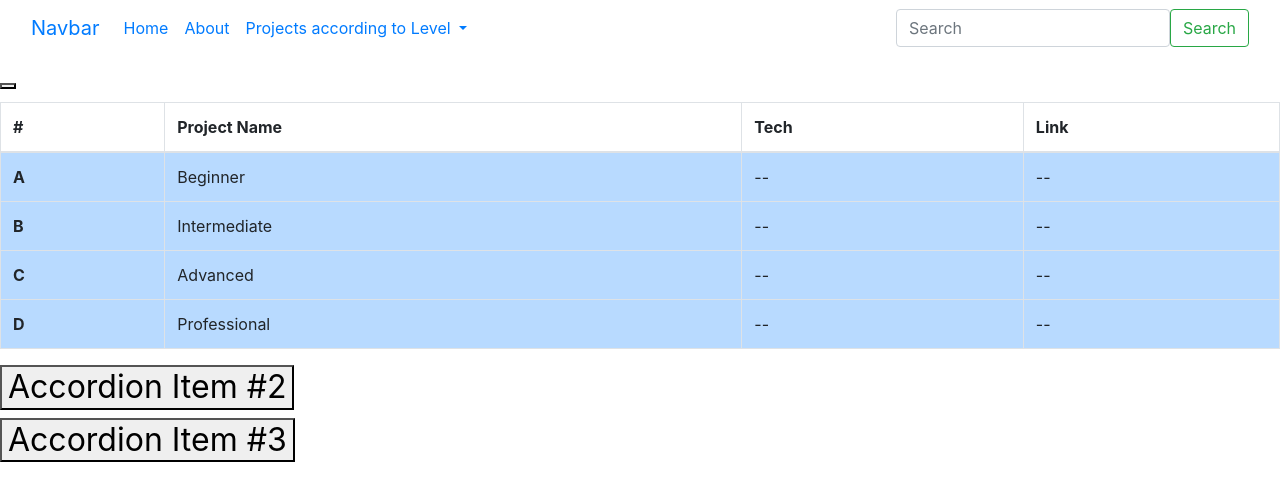
Repository: VictoriousMango/100-Python-Project
Page: index.html
An editor plug-in stored every save of this project. The page is shown before and after the next save, followed by the edit.
The browser window is 1280 px wide. The pictures show the whole page.
Some web libraries are served in a nearby version.

Above is the page before, as saved 2024-05-18 01:40:41.

### index.html
<!doctype html>
<html lang="en">
  <head>
    <!-- Required meta tags -->
    <meta charset="utf-8">
    <meta name="viewport" content="width=device-width, initial-scale=1, shrink-to-fit=no">

    <!-- Bootstrap CSS -->
    <link rel="stylesheet" href="https://cdn.jsdelivr.net/npm/bootstrap@4.0.0/dist/css/bootstrap.min.css" integrity="sha384-Gn5384xqQ1aoWXA+058RXPxPg6fy4IWvTNh0E263XmFcJlSAwiGgFAW/dAiS6JXm" crossorigin="anonymous">
    <!-- Bootstrap JS -->
    <script src="https://cdn.jsdelivr.net/npm/@popperjs/core@2.11.8/dist/umd/popper.min.js" integrity="sha384-I7E8VVD/ismYTF4hNIPjVp/Zjvgyol6VFvRkX/vR+Vc4jQkC+hVqc2pM8ODewa9r" crossorigin="anonymous"></script>
    <script src="https://cdn.jsdelivr.net/npm/bootstrap@5.3.3/dist/js/bootstrap.min.js" integrity="sha384-0pUGZvbkm6XF6gxjEnlmuGrJXVbNuzT9qBBavbLwCsOGabYfZo0T0to5eqruptLy" crossorigin="anonymous"></script>
    <title>100 Python Project</title>
  </head>
  <body>
    <nav class="navbar navbar-expand-lg bg-body-tertiary">
      <div class="container-fluid">
        <a class="navbar-brand" href="#">Navbar</a>
        <button class="navbar-toggler" type="button" data-bs-toggle="collapse" data-bs-target="#navbarSupportedContent" aria-controls="navbarSupportedContent" aria-expanded="false" aria-label="Toggle navigation">
          <span class="navbar-toggler-icon"></span>
        </button>
        <div class="collapse navbar-collapse" id="navbarSupportedContent">
          <ul class="navbar-nav me-auto mb-2 mb-lg-0">
            <li class="nav-item">
              <a class="nav-link active" aria-current="page" href="#">Home</a>
            </li>
            <li class="nav-item">
              <a class="nav-link" href="#">About</a>
            </li>
            <li class="nav-item dropdown">
              <a class="nav-link dropdown-toggle" href="#" role="button" data-bs-toggle="dropdown" aria-expanded="true ">
                Projects according to Level
              </a>
              <ul class="dropdown-menu">
                <li><a class="dropdown-item" href="#Beginner">Beginner</a></li>
                <li><a class="dropdown-item" href="#Intermediate">Intermediate</a></li>
                <li><a class="dropdown-item" href="#Advanced">Advanced</a></li>
                <li><a class="dropdown-item" href="#Professional">Professional</a></li>
              </ul>
            </li>
          </ul>
        </div>
          <form class="d-flex" role="search">
            <input class="form-control me-2" type="search" placeholder="Search" aria-label="Search">
            <button class="btn btn-outline-success" type="submit">Search</button>
          </form>
      </div>
    </nav>


    <!-- Tabular Entry Start -->
    <table class="table table-bordered table-striped">
      <thead>
        <tr>
          <th scope="col">#</th>
          <th scope="col">Project Name</th>
          <th scope="col">Tech</th>
          <th scope="col">Link</th>
        </tr>
      </thead>
      <tbody>
        <div class="accordion accordion-flush" id="accordionFlushExample">
          <div class="accordion-item">
            <h2 class="accordion-header">
              <button class="accordion-button collapsed" type="button" data-bs-toggle="collapse" data-bs-target="#flush-collapseOne" aria-expanded="false" aria-controls="flush-collapseOne">
                        <!-- Beginner Projects -->
                        <div class="Beginner" id="Beginner">
                          <tr class="table-primary">
                            <th scope="row">A</th>
                            <td>Beginner</td>
                            <td> -- </td>
                            <td> -- </td>
                          </tr>
                        </div>
              </button>
            </h2>
            <div id="flush-collapseOne" class="accordion-collapse collapse" data-bs-parent="#accordionFlushExample">
              <div class="accordion-body">Placeholder content for this accordion, which is intended to demonstrate the <code>.accordion-flush</code> class. This is the first item's accordion body.</div>
            </div>
          </div>

        <!-- Intermediate Project Links -->
        <div class="Intermediate" id="Intermediate">
          <tr class="table-primary">
            <th scope="row">B</th>
            <td>Intermediate</td>
            <td> -- </td>
            <td> -- </td>
          </tr>
        </div>

        <!-- Advanced Project Links -->
        <div class="Advanced" id="Advanced">
          <tr class="table-primary">
            <th scope="row">C</th>
            <td>Advanced</td>
            <td> -- </td>
            <td> -- </td>
          </tr>
        </div>

        <!-- Professional Links -->
        <div class="Professional" id="Professional">
          <tr class="table-primary">
            <th scope="row">D</th>
            <td>Professional</td>
            <td> -- </td>
            <td> -- </td>
          </tr>
        </div>

      </tbody>
    </table>
    <!-- Tabular Entry End -->


      <div class="accordion-item">
        <h2 class="accordion-header">
          <button class="accordion-button collapsed" type="button" data-bs-toggle="collapse" data-bs-target="#flush-collapseTwo" aria-expanded="false" aria-controls="flush-collapseTwo">
            Accordion Item #2
          </button>
        </h2>
        <div id="flush-collapseTwo" class="accordion-collapse collapse" data-bs-parent="#accordionFlushExample">
          <div class="accordion-body">Placeholder content for this accordion, which is intended to demonstrate the <code>.accordion-flush</code> class. This is the second item's accordion body. Let's imagine this being filled with some actual content.</div>
        </div>
      </div>
      <div class="accordion-item">
        <h2 class="accordion-header">
          <button class="accordion-button collapsed" type="button" data-bs-toggle="collapse" data-bs-target="#flush-collapseThree" aria-expanded="false" aria-controls="flush-collapseThree">
            Accordion Item #3
          </button>
        </h2>
        <div id="flush-collapseThree" class="accordion-collapse collapse" data-bs-parent="#accordionFlushExample">
          <div class="accordion-body">Placeholder content for this accordion, which is intended to demonstrate the <code>.accordion-flush</code> class. This is the third item's accordion body. Nothing more exciting happening here in terms of content, but just filling up the space to make it look, at least at first glance, a bit more representative of how this would look in a real-world application.</div>
        </div>
      </div>
    </div>
    <!-- Optional JavaScript -->
    <!-- jQuery first, then Popper.js, then Bootstrap JS -->
    <script src="https://code.jquery.com/jquery-3.2.1.slim.min.js" integrity="sha384-KJ3o2DKtIkvYIK3UENzmM7KCkRr/rE9/Qpg6aAZGJwFDMVNA/GpGFF93hXpG5KkN" crossorigin="anonymous"></script>
    <script src="https://cdn.jsdelivr.net/npm/popper.js@1.12.9/dist/umd/popper.min.js" integrity="sha384-ApNbgh9B+Y1QKtv3Rn7W3mgPxhU9K/ScQsAP7hUibX39j7fakFPskvXusvfa0b4Q" crossorigin="anonymous"></script>
    <script src="https://cdn.jsdelivr.net/npm/bootstrap@4.0.0/dist/js/bootstrap.min.js" integrity="sha384-JZR6Spejh4U02d8jOt6vLEHfe/JQGiRRSQQxSfFWpi1MquVdAyjUar5+76PVCmYl" crossorigin="anonymous"></script>
  </body>
</html>

After the next save:
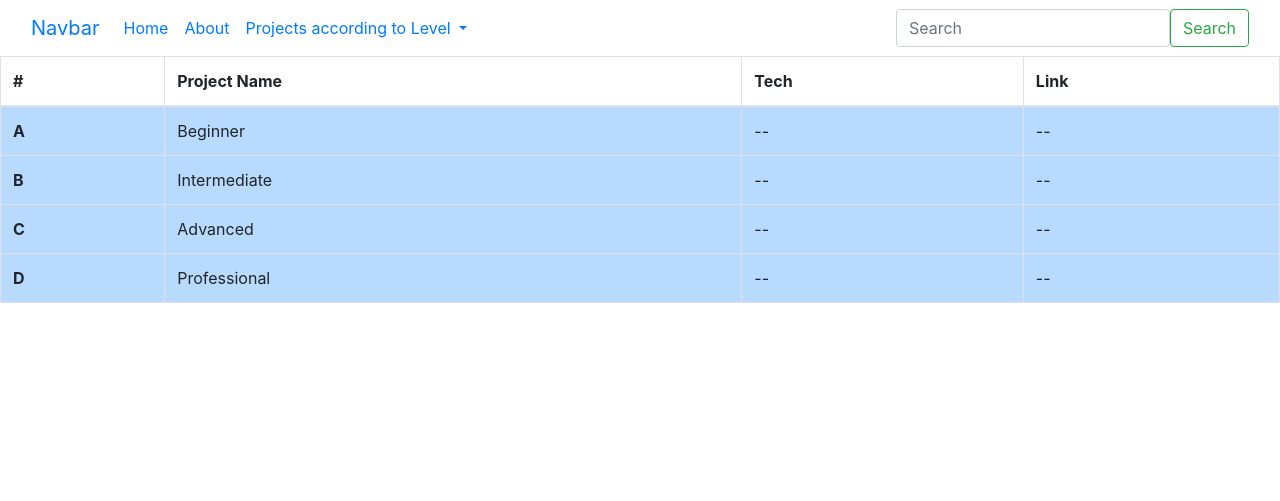
Saved 20 s later.
--- a/index.html
+++ b/index.html
@@ -59,25 +59,15 @@
         </tr>
       </thead>
       <tbody>
-        <div class="accordion accordion-flush" id="accordionFlushExample">
-          <div class="accordion-item">
-            <h2 class="accordion-header">
-              <button class="accordion-button collapsed" type="button" data-bs-toggle="collapse" data-bs-target="#flush-collapseOne" aria-expanded="false" aria-controls="flush-collapseOne">
-                        <!-- Beginner Projects -->
-                        <div class="Beginner" id="Beginner">
-                          <tr class="table-primary">
-                            <th scope="row">A</th>
-                            <td>Beginner</td>
-                            <td> -- </td>
-                            <td> -- </td>
-                          </tr>
-                        </div>
-              </button>
-            </h2>
-            <div id="flush-collapseOne" class="accordion-collapse collapse" data-bs-parent="#accordionFlushExample">
-              <div class="accordion-body">Placeholder content for this accordion, which is intended to demonstrate the <code>.accordion-flush</code> class. This is the first item's accordion body.</div>
-            </div>
-          </div>
+        <!-- Beginner Projects -->
+        <div class="Beginner" id="Beginner">
+          <tr class="table-primary">
+            <th scope="row">A</th>
+            <td>Beginner</td>
+            <td> -- </td>
+            <td> -- </td>
+          </tr>
+        </div>
 
         <!-- Intermediate Project Links -->
         <div class="Intermediate" id="Intermediate">
@@ -112,29 +102,6 @@
       </tbody>
     </table>
     <!-- Tabular Entry End -->
-
-
-      <div class="accordion-item">
-        <h2 class="accordion-header">
-          <button class="accordion-button collapsed" type="button" data-bs-toggle="collapse" data-bs-target="#flush-collapseTwo" aria-expanded="false" aria-controls="flush-collapseTwo">
-            Accordion Item #2
-          </button>
-        </h2>
-        <div id="flush-collapseTwo" class="accordion-collapse collapse" data-bs-parent="#accordionFlushExample">
-          <div class="accordion-body">Placeholder content for this accordion, which is intended to demonstrate the <code>.accordion-flush</code> class. This is the second item's accordion body. Let's imagine this being filled with some actual content.</div>
-        </div>
-      </div>
-      <div class="accordion-item">
-        <h2 class="accordion-header">
-          <button class="accordion-button collapsed" type="button" data-bs-toggle="collapse" data-bs-target="#flush-collapseThree" aria-expanded="false" aria-controls="flush-collapseThree">
-            Accordion Item #3
-          </button>
-        </h2>
-        <div id="flush-collapseThree" class="accordion-collapse collapse" data-bs-parent="#accordionFlushExample">
-          <div class="accordion-body">Placeholder content for this accordion, which is intended to demonstrate the <code>.accordion-flush</code> class. This is the third item's accordion body. Nothing more exciting happening here in terms of content, but just filling up the space to make it look, at least at first glance, a bit more representative of how this would look in a real-world application.</div>
-        </div>
-      </div>
-    </div>
     <!-- Optional JavaScript -->
     <!-- jQuery first, then Popper.js, then Bootstrap JS -->
     <script src="https://code.jquery.com/jquery-3.2.1.slim.min.js" integrity="sha384-KJ3o2DKtIkvYIK3UENzmM7KCkRr/rE9/Qpg6aAZGJwFDMVNA/GpGFF93hXpG5KkN" crossorigin="anonymous"></script>
